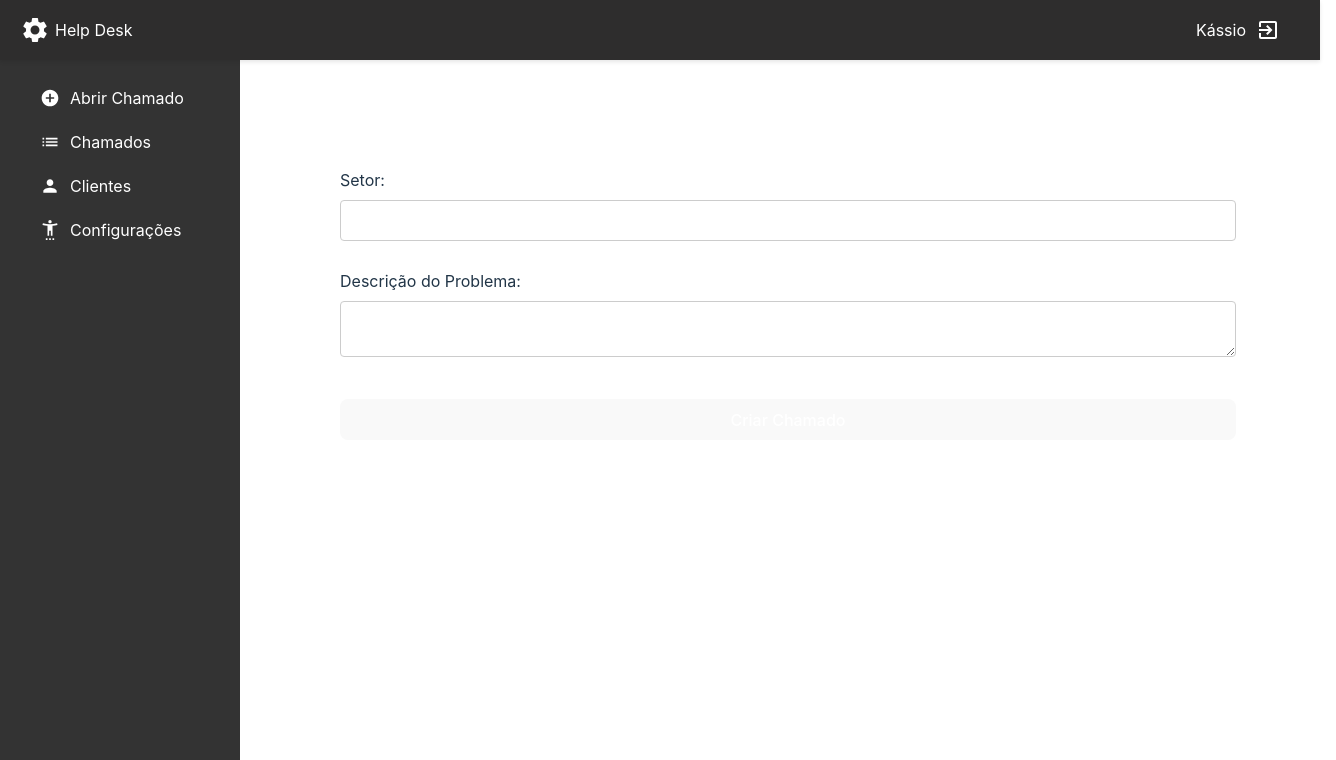
Repository: zkassimz/helpdesk
Page: /, after clicking the first element matching `li`
The author's editor kept a copy of each file at every save. The page is drawn from the files as they stood at one save, then again after a run of saves.
The browser window is 1280 px wide. The page is 1336 px wide, so the pictures cover 1336 px, including what lies to the right of the window. The pictures show the whole page.
The project was rebuilt for these pictures with package versions that can differ from the ones it lists, and the page was loaded fresh each time. Also part of the build but not shown: vite.config.js, src/components/css/Chamados.css, src/components/Chamados.jsx, src/components/Clientes.jsx, src/components/Configuracoes.jsx.

Above is the page before, as saved 2024-05-06 17:11:28.

### index.html
<!doctype html>
<html lang="en">

  <body>
    <div id="root"></div>
    <script type="module" src="/src/main.jsx"></script>
  </body>
</html>

### src/App.jsx
// src/App.js
import React, { useState } from 'react';
import AppBar from './components/AppBar'; // Importando o componente AppBar
import Sidebar from './components/Sidebar';
import Chamados from './components/Chamados';
import Clientes from './components/Clientes';
import Configuracoes from './components/Configuracoes';
import CreateTicketPage from './components/AbrirChamadoForm';
import './App.css';

function App() {
  const [currentPage, setCurrentPage] = useState('Dashboard');

  const renderPage = () => {
    switch (currentPage) {

      case 'OpenCall':
        return <CreateTicketPage />;
      case 'Chamados':
        return <Chamados />;
      case 'Clientes':
        return <Clientes />;
      case 'Configuracoes':
        return <Configuracoes />;
      default:
        return <div>Página não encontrada</div>;
    }
  };

  return (
    <div className="app">
      <AppBar />
      <div className="content">
        <Sidebar setCurrentPage={setCurrentPage} />
        <div className="main-content">
          {renderPage()}
        </div>
      </div>
    </div>
  );
}

export default App;

### src/components/AppBar.jsx

import React from 'react';
import { MdExitToApp, MdSettings } from 'react-icons/md';
import './css/AppBar.css';

const AppBar = () => {


  return (
    <div className="appbar">
      <div className="appbar-left">
        <div className="appbar-item" onClick={() => console.log("Consultar/Atender")}>
          <MdSettings size={30} />
          <span>Help Desk</span>
        </div>
      </div>
      <div className="appbar-right">
        <span>Kássio </span>
        <div className="logout-button" onClick={() => console.log("Logout")}>
          <MdExitToApp size={24} />
        </div>
      </div>
    </div>
  );
};

export default AppBar;

### src/components/Sidebar.jsx
import React from 'react';
import './css/SideBar.css';
import {  MdAddCircle, MdList, MdPerson, MdSettingsAccessibility } from 'react-icons/md';
const Sidebar = ({ setCurrentPage }) => {
  const handleClick = (page) => {
    setCurrentPage(page);
  };

  return (
    <div className="sidebar">
      <div className="sidebar-header">

      </div>
      <ul className="menu">
        <li onClick={() => handleClick('OpenCall')}>
        <MdAddCircle size={20}></MdAddCircle>
          <span>Abrir Chamado</span>
        </li>
        <li onClick={() => handleClick('Chamados')}>
        <MdList size={20}></MdList>
        Chamados</li>
        <li onClick={() => handleClick('Clientes')}>

        <MdPerson size={20}></MdPerson>
          Clientes</li>
        <li onClick={() => handleClick('Configurações')}>

        <MdSettingsAccessibility size={20}></MdSettingsAccessibility>

          Configurações</li>
      </ul>
    </div>
  );
};

export default Sidebar;

### src/components/AbrirChamadoForm.jsx
import React, { useState } from 'react';
import './css/CreateTicketPage.css';

const CreateTicketPage = () => {
  const [formData, setFormData] = useState({
    setor: '',
    descricaoProblema: ''
  });

  const handleChange = (e) => {
    const { name, value } = e.target;
    setFormData({
      ...formData,
      [name]: value
    });
  };

  const handleSubmit = (e) => {
    e.preventDefault();
    console.log('Dados do formulário:', formData);
    setFormData({
      setor: '',
      descricaoProblema: ''
    });
  };

  return (

    <div className="create-ticket-page">

      <form onSubmit={handleSubmit} className="ticket-form">
        <div className="form-group">
          <label htmlFor="setor">Setor:</label>
          <input
            type="text"
            id="setor"
            name="setor"
            value={formData.setor}
            onChange={handleChange}
            required
            className="input-field"
          />
        </div>
        <div className="form-group">
          <label htmlFor="descricaoProblema">Descrição do Problema:</label>
          <textarea
            id="descricaoProblema"
            name="descricaoProblema"
            value={formData.descricaoProblema}
            onChange={handleChange}
            required
            className="textarea-field"
          />
        </div>
        <button type="submit" className="submit-button">Criar Chamado</button>
      </form>
    </div>
  );
};

export default CreateTicketPage;

### src/App.css

.app {
  display: grid;
  grid-template-rows: auto 1fr;
  height: 100vh;
}
.sidebar {
  width: 200px;
  background-color: #333;
  color: #fff;
}

.main-content {
  flex: 1;
  overflow-y: auto;
}

.content {
  display: flex;
}

.sidebar-header {
  padding: 20px;
  text-align: center;
}

.menu {
  list-style-type: none;
  padding: 0;
}

.menu li {
  padding: 10px 20px;
  cursor: pointer;
}

.menu li:hover {
  background-color: #555;
}

### src/components/css/AppBar.css


.appbar {
    background-color: #2e2d2d;
    color: #fff;
    display: flex;
    justify-content: space-between;
    align-items: center;
    padding: 0 20px;
    height: 60px;
    width: 100%;
    position: fixed;
    top: 0;
    z-index: 1000;
    box-shadow: 0 2px 4px rgba(0, 0, 0, 0.1);
  }


  .appbar-item{
    margin-right: 10px;
    align-items: center;
    display: flex;
  }

  .appbar-left, .appbar-right {
    display: flex;
    align-items: center;
  }

  .appbar-item, .logout-button {
    cursor: pointer;
    margin-right: 20px;
    text-decoration: none;
    color: inherit;
    transition: all 0.3s ease;
  }

  .appbar-item:hover, .logout-button:hover {
    transform: translateY(-2px);
  }

  .appbar-item span {
    margin-left: 5px;
  }

  .logout-button {
    display: flex;
    align-items: center;
  }

  .logout-button span {
    margin-right: 10px;
  }
  .appbar-right {
    display: flex;
    align-items: center;
  }

  .appbar-right span {
    margin-right: 10px;
  }

  .logout-button {
    display: flex;
    align-items: center;
  }

### src/components/css/SideBar.css
.sidebar {
    width: 100px;
    background-color: #333;
    color: #fff;
    height: 100vh;
    padding: 20px;
  }

  .sidebar.open {
    width: 0;
  }



  .menu li {
    display: flex;
    align-items: center;
    cursor: pointer;
  }

  .menu li > * {
    margin-right: 10px; /* Espaço entre o ícone e o texto */
  }


  @media (max-width: 768px) {
    .sidebar {
      width: 100%;
    }
  }


  @media (min-width: 1024px) {
    .sidebar {
      width: 300px;
    }
  }

### src/components/css/CreateTicketPage.css
.modal {
  display: none;
  position: fixed;
  z-index: 1;
  left: 0;
  top: 0;
  width: 100%;
  height: 100%;
  overflow: auto;
  background-color: rgba(0,0,0,0.4);
}

.create-ticket-page {
  display: flex;
  justify-content: center;
  align-items: center;
  height: 100vh;
}

.modal-content {
  background-color: #fefefe;
  margin: 15% auto;
  padding: 20px;
  border: 1px solid #888;
  width: 80%;
}

.close-button {
  color: #aaa;
  float: right;
  font-size: 28px;
  font-weight: bold;
}

.close-button:hover,
.close-button:focus {
  color: black;
  text-decoration: none;
  cursor: pointer;
}

h2 {
  text-align: center;
}

form {
  width: 70vw;
  height: 30vw;
  padding: 100px;
}

.form-group {
  margin-bottom: 20px;
}

label {
  display: block;
}

input[type="text"],
textarea,
select {
  width: 100%;
  padding: 12px 20px;
  margin: 8px 0;
  border: 1px solid #ccc;
  border-radius: 4px;
  box-sizing: border-box;
}

button {
  background-color: #4CAF50;
  color: white;
  padding: 14px 20px;
  margin: 8px 0;
  border: none;
  border-radius: 4px;
  cursor: pointer;
  width: 100%;
}

button:hover {
  background-color: #45a049;
}

.modal.open {
  display: block; /* Mostra o modal quando a classe 'open' é aplicada */
}

Loaded but not shown: src/main.jsx (common file); src/index.css (common file)

After the next 2 saves:
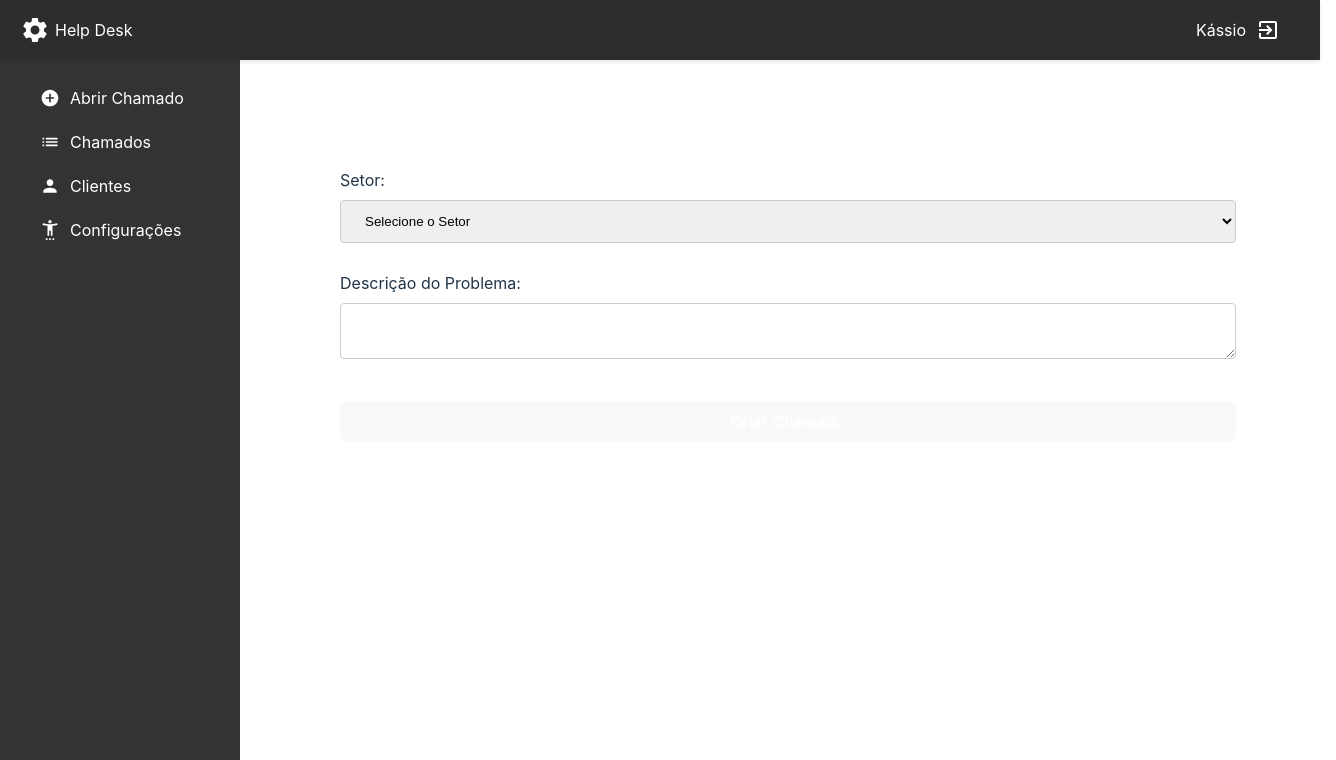
The 2 saves are shown as one change because they came seconds apart.
The last was saved 3 min 2 s later.
--- a/src/components/AbrirChamadoForm.jsx
+++ b/src/components/AbrirChamadoForm.jsx
@@ -31,16 +31,22 @@ const CreateTicketPage = () => {
       <form onSubmit={handleSubmit} className="ticket-form">
         <div className="form-group">
           <label htmlFor="setor">Setor:</label>
-          <input
-            type="text"
+          <select
             id="setor"
             name="setor"
             value={formData.setor}
             onChange={handleChange}
             required
             className="input-field"
-          />
+          >
+            <option value="">Selecione o Setor</option>
+            <option value="T.I">T.I</option>
+            <option value="Financeiro">Financeiro</option>
+            <option value="RH">RH</option>
+            <option value="Marketing">Marketing</option>
+          </select>
         </div>
+
         <div className="form-group">
           <label htmlFor="descricaoProblema">Descrição do Problema:</label>
           <textarea
